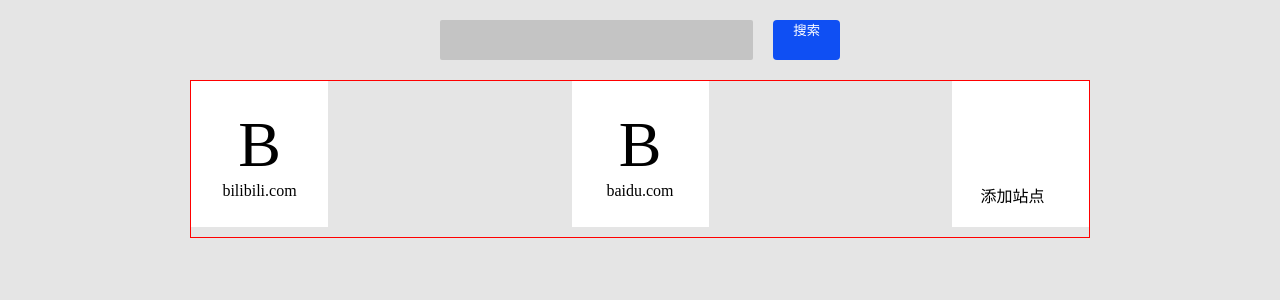
Repository: chenguocan/-
Page: src/index.html
The author's editor kept a copy of each file at every save. The page is drawn from the files as they stood at one save, then again after the next save.
The browser window is 1280 px wide. The pictures show the whole page.

Above is the page before, as saved 2020-08-12 14:47:26.

After the next save:
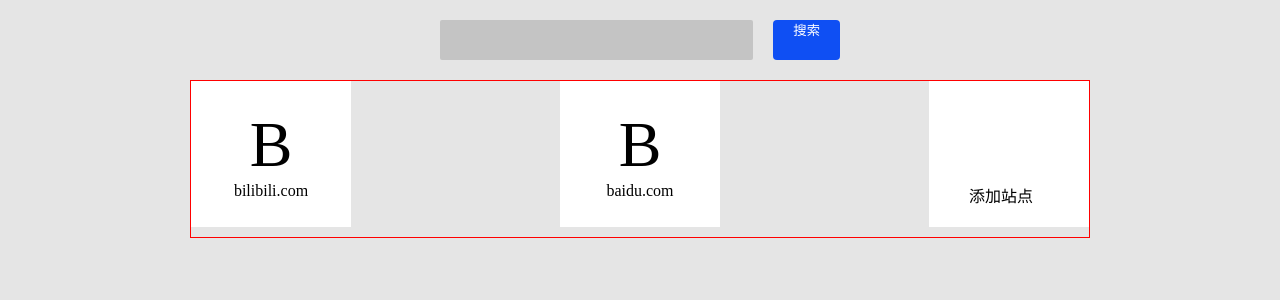
Saved 7 s later.
--- a/src/style.css
+++ b/src/style.css
@@ -77,7 +77,7 @@
     align-items: center;
     flex-wrap: wrap;
     height: 146px;
-    width: 137px;
+    width: 160px;
     margin-bottom: 10px;
     background:#FFFFFF;
 }
